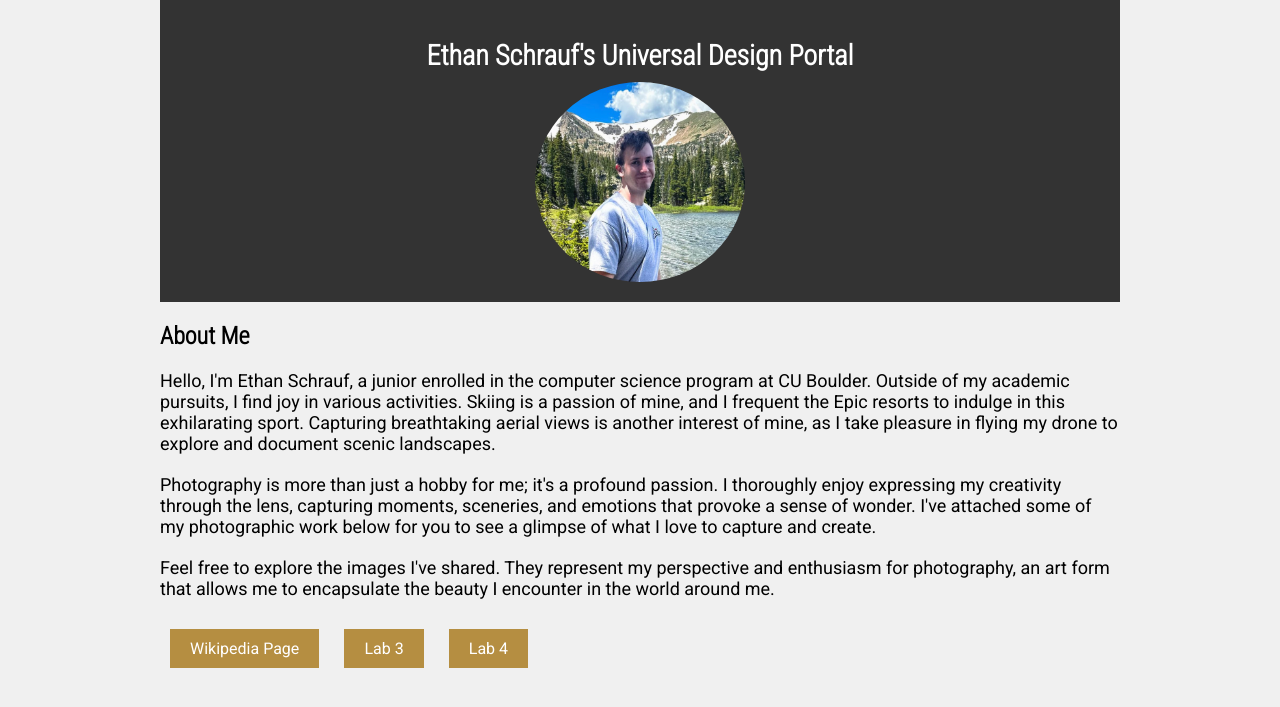
Repository: ethan-schrauf/UniversalDesignWebsite
Page: index.html
These files come from the project's save history. The page is drawn as it stood at one moment and after a run of saves; the edit follows.
The browser window is 1280 px wide. The pictures show the whole page.

Above is the page before, as saved 2023-10-30 22:25:24.

After the next 2 saves:
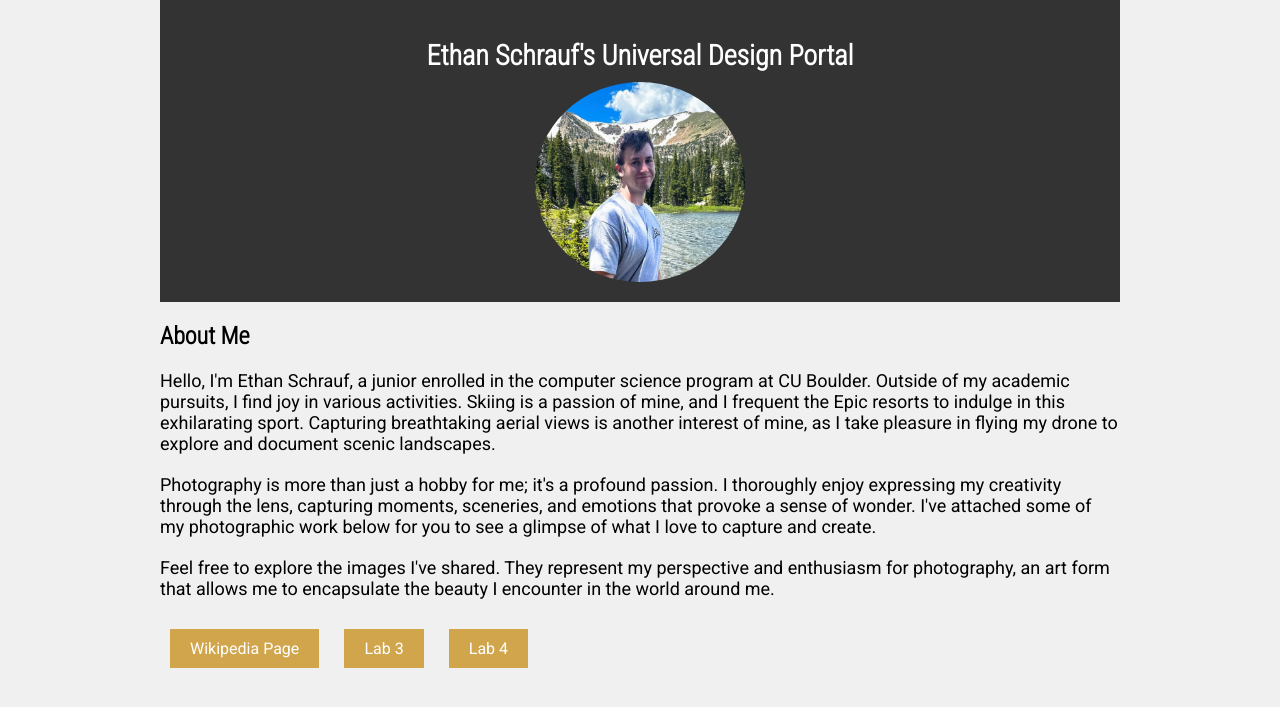
The 2 saves are shown as one change because they came seconds apart.
The last was saved 7 s later.
--- a/index.css
+++ b/index.css
@@ -55,7 +55,7 @@ p {
 button {
     font-family: Verdana, sans-serif;
     font-size: 16px;
-    background-color: rgb(181, 142, 65);
+    background-color: rgb(209, 165, 76);
     color: #fff;
     border: none;
     padding: 10px 20px;
